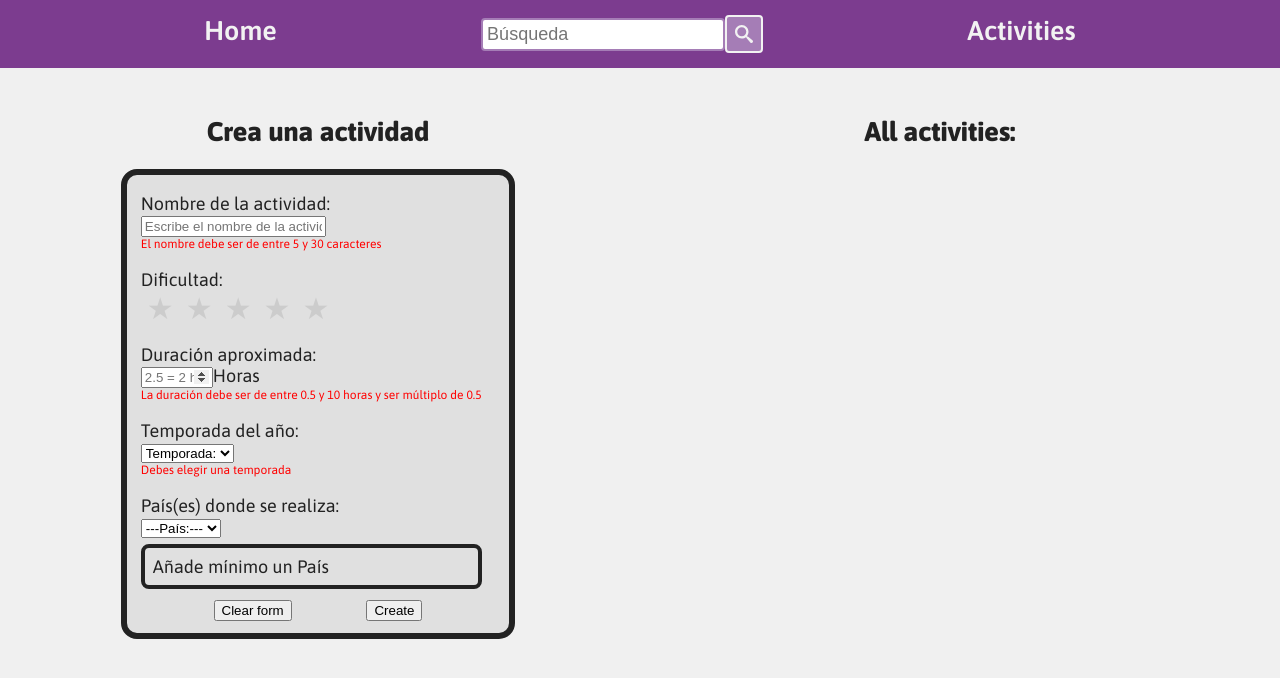
Repository: PCGP22/PI-Countries
Page: /countries/activities (app in cr-pi-countries-main/client/)
An editor plug-in stored every save of this project. The page is shown before and after the next save, followed by the edit.
The browser window is 1280 px wide. The pictures show the whole page.
The page's requests for data from a server got no answer. The project was rebuilt for these pictures with package versions that can differ from the ones it lists, and the page was loaded fresh each time. No one was signed in, and anything a server would have sent is missing. Also part of the build but not shown: cr-pi-countries-main/client/vite.config.js, cr-pi-countries-main/client/src/styles/LandingPage.modules.css, cr-pi-countries-main/client/src/components/LandingPage.jsx, cr-pi-countries-main/client/src/components/Detail.jsx, cr-pi-countries-main/client/src/components/Filter.jsx, cr-pi-countries-main/client/src/styles/HomePage.modules.css, cr-pi-countries-main/client/src/components/HomePage.jsx.

Above is the page before, as saved 2023-08-07 22:03:31.

### cr-pi-countries-main/client/src/main.jsx
import React from 'react'
import ReactDOM from 'react-dom/client'
import App from './App.jsx'
import { BrowserRouter } from 'react-router-dom'
import { Provider } from 'react-redux'
import store from './redux/store.js'

ReactDOM.createRoot(document.getElementById('root')).render(
  <Provider store={store}>
    <BrowserRouter>
      <App />
    </BrowserRouter>
  </Provider>
)

### cr-pi-countries-main/client/src/App.jsx
import {Routes, Route, useNavigate } from "react-router-dom"
import LandingPage from "./components/LandingPage"
import WithNavBar from "./components/WithNavBar"
import Detail from "./components/Detail.jsx"
import ActivityPage from "./components/ActivityPage"
import HomePage from "./components/HomePage.jsx"
import { useEffect } from "react"
import "./styles/App.modules.css"

function App() {

  // const navigate = useNavigate()

  // useEffect(() => {
  //   navigate("/countries/")
  // }, [])



  return (
    <Routes>
      <Route path="/countries/" element={<LandingPage navBar={false}/>}/>
      <Route element={<WithNavBar/>}>
        <Route path="/countries/countries/" element={<HomePage/>}/>
        <Route path="/countries/countries/search" element={<HomePage/>}/>
        <Route path="/countries/countries/:idCountry" element={<Detail/>}/>
        <Route path="/countries/activities" element={<ActivityPage/>}/>
      </Route>
    </Routes>
  )
}

export default App

### cr-pi-countries-main/client/src/redux/store.js
import { createStore, applyMiddleware } from "redux";
import thunkMiddleware from 'redux-thunk'
import { composeWithDevTools } from 'redux-devtools-extension'
import { reducer } from "./reducer.js"

const composedEnhancer = composeWithDevTools(applyMiddleware(thunkMiddleware))

const store = createStore(reducer, composedEnhancer);
export default store;

### cr-pi-countries-main/client/src/components/WithNavBar.jsx
import { Outlet   } from 'react-router-dom'
import NavBar from './NavBar.jsx'

function WithNavBar() {

  return (
    <>
      <NavBar/>
      <Outlet/>
    </>
  )
}

export default WithNavBar

### cr-pi-countries-main/client/src/components/ActivityPage.jsx
import { useEffect, useState } from 'react'
import "./ActividadesPage.css"
import { connect } from "react-redux"
import { activityCreate, addActivities, addCountries } from '../redux/actions';
import "../styles/ActivityPage.modules.css"

const regexNombre = /[\w]{5,}/i;
let countryList = []

const validar = (inputs) =>{

    let errores = {}

    if(!regexNombre.test(inputs.name) || inputs.name.length>30){
        errores.name = "El nombre debe ser de entre 5 y 30 caracteres"
    } else if(regexNombre.test(inputs.name) && inputs.name.length<30){delete errores.name}
    if(inputs.difficulty === 0){ errores.difficulty = "Debes elegir una dificultad"}
    else if(inputs.difficulty !== 0){delete errores.difficulty}
    if(inputs.duration%0.5 !== 0 || inputs.duration < 0.5 || inputs.duration > 10){
        errores.duration = "La duración debe ser de entre 0.5 y 10 horas y ser múltiplo de 0.5"
    } else if (inputs.duration%0.5 === 0 && inputs.duration > 0.5 && inputs.duration < 10){
        delete errores.duration
    }
    if(inputs.season === ""){
        errores.season = "Debes elegir una temporada"
    } else if( inputs.season !== ""){delete errores.season}
    if(inputs.countryId.join("") === "" ){
        errores.countryId = "Debes seleccionar al menos un país"
    } else if( inputs.countryId.length !== 0){delete errores.countryId}

    return errores
}

function ActivityPage(props) {
    const [rating, setRating] = useState(0);
    const initialState = {
        name: "",
        difficulty: 0,
        duration: 0,
        season: "",
        countryId: [],
    }
    const [countryBox, setCountryBox] = useState([])
    const [form, setForm] = useState(initialState)
    const [errores, setErrores] = useState({})

    const ratings = [1,2,3,4,5]
    const [hover, setHover] = useState(0);
    const activities = props.allActivities
    const countries = props.allCountries.sort((a,b)=>{
        if (a.name < b.name) {
          return -1;
        }
        if (a.name > b.name) {
          return 1;
        }
        return 0;
      })

      useEffect(() => {
        setForm({...form, countryId: countryList})
        setErrores(validar({...form, countryId: countryList}))
        console.log(form.countryId)
      }, [countryBox])

    const handleChange = (e) => {
        if(e.target.value !== "ignore"){
            setForm({...form, [e.target.name]: e.target.value})
            setErrores(validar({...form, [e.target.name]: e.target.value}))
        }

    }
    const handleCountryChange = (e) => {
        let [id, name] = e.target.value.split(",")
        setCountryBox([...countryBox, name])
        countryList.push(id)
    }

    const handleReset = () => {
        setForm(initialState)
        setCountryBox([])
        setRating(0)
        setHover(0)
        countryList = []
    }

    const handleSubmit = (e) => {
        e.preventDefault()
        let erroresLength = Object.keys(errores).length;
        if(!erroresLength){
            props.activityCreate(form)
            handleReset()
            e.target.reset()
        } else {
            let errorLog = []
            for(let error in errores){
                errorLog.push(errores[error])
            }
            alert(errorLog.join("\n"))
        }
    }

    const handleClose = (e) => {
        setCountryBox(countryBox.filter(c=> c!== e.target.value))
    }

    useEffect(() => {
        props.addActivities()
        props.addCountries()
    }, [form])

  return (
    <div className='activityPage__container'>
        <aside className='activityPage__aside'>
            <h1>Crea una actividad</h1>
            <form onSubmit={handleSubmit} className='activityPage__form'>
                <fieldset className='activityPage__formSection'>
                    <label htmlFor="name">Nombre de la actividad:</label>
                    <br/>
                    <input type='text' name="name" onChange={handleChange} placeholder='Escribe el nombre de la actividad'/>
                    {errores.name?<p className="form--error no-space">{errores.name}</p>:""}
                </fieldset>
                <fieldset className='activityPage__formSection'>
                    <label htmlFor='difficulty'>Dificultad:</label>
                    <div className='filter__starContainer'>
                        {
                            ratings.map(i => {
                                return(
                                    <button type="button" name="difficulty" className={i <= (hover || rating)? "on star" : "off star"} key={i} index={i}
                                    onClick={() => {setRating(i); setForm({...form, difficulty: i})}}
                                    onMouseEnter={() => setHover(i)}
                                    onMouseLeave={() => setHover(rating)}>★</button>
                                    )

                                })
                            }
                    </div>
                </fieldset>
                <fieldset className='activityPage__formSection'>
                    <label htmlFor="duration">Duración aproximada:</label>
                    <br/>
                    <input type='number' onChange={handleChange} name="duration" placeholder='2.5 = 2 horas y media' min="0.5" max="10" step="0.5"/>
                    <span>Horas</span>
                    {errores.duration?<p className="form--error no-space">{errores.duration}</p>:""}
                </fieldset>
                <fieldset className='activityPage__formSection'>
                    <label htmlFor='season'>Temporada del año:</label>
                    <br/>
                    <select onChange={handleChange} name="season">
                        <option value="ignore" defaultValue={true}>Temporada:</option>
                        <option value="Primavera">Primavera</option>
                        <option value="Verano">Verano</option>
                        <option value="Otoño">Otoño</option>
                        <option value="Invierno">Invierno</option>
                    </select>
                    {errores.season?<p className="form--error no-space">{errores.season}</p>:""}
                </fieldset>
                <fieldset className='activityPage__formSection'>
                    <label htmlFor='countryId'>País(es) donde se realiza:</label>
                    <br/>
                    <select onChange={handleCountryChange} name="countryId">
                        <option defaultValue={true}>---País:---</option>
                        {countries.map(c=>{
                            return(
                                <option key={c.name} value={[c.id,c.name]}>{c.name}</option>
                            )
                        })}
                    </select>
                    <div className='activityPage__countryBox'>
                        {countryBox.length>0 ? countryBox.map(c=>
                            <div key={c} className='activityPage__countryList'>
                                <span>{c}</span>
                                <button type='button' onClick={handleClose} className='activityPage__closeButton' value={c}>x</button>
                            </div>
                        ):
                            <div className='activityPage__countryList'> Añade mínimo un País</div>
                        }
                    </div>
                </fieldset>
                <div className='activityPage__formButtons'>
                    <button onClick={handleReset} type="reset">Clear form</button>
                    <button type='submit' className='submitButton'>Create</button>
                </div>
            </form>
        </aside>
        <main className='activityPage__main'>
            <h2>All activities:</h2>
            <section className='activityContainer'>
                {activities.length > 0 && activities.map(a=>{
                    let ratingActivity = "★".repeat(a.difficulty).split("")
                    return(
                        <div className='activityBox' key={a.id}>
                            <h3>Name: {a.name? a.name: "N/A"}</h3>
                            {ratingActivity.map((r)=>
                                <span key={Math.random()} className='on star_mini'>{r}</span>
                                )}
                            <p>Duration: {a.duration? a.duration : "N/A"} Hrs.</p>
                            <p>Season: {a.season? a.season : "N/A"}</p>
                            <p>Countries: {a.countryId? a.countryId.join(", ") : "N/A"}</p>
                        </div>
                    )
                })}
            </section>
        </main>
    </div>
  )
}


const mapStateToProps =(state) => {
    return{
        allActivities: state.allActivities,
        allCountries: state.allCountries
    }
}

const mapDispatchToProps = (dispatch) => {
    return{
        activityCreate: (activity) => {dispatch(activityCreate(activity))},
        addActivities: () => {dispatch(addActivities())},
        addCountries: ()=>{dispatch(addCountries())},

    }
}

export default connect(mapStateToProps,mapDispatchToProps)(ActivityPage)

### cr-pi-countries-main/client/src/styles/App.modules.css
@import url('https://fonts.googleapis.com/css2?family=Asap:wght@400;600;800&display=swap');

:root{
    --black: #222;
    --dark-purple: #7c3c8f;
    --purple: #a57db6;
    --dark-grey: #e0e0e0;
    --white: #f2f2f2;
    --light-grey: #f0f0f0;

    font-family: 'Asap', sans-serif;
    font-size: 18px;
    color: var(--black);
    background-color: var(--light-grey);


}
a{
    text-decoration: none;
    font-family: inherit;
    color: inherit;
    text-align: center;
}

a.button{
    color: var(--black);
    background-color: var(--light-grey);
    display: inline-block;
    width: fit-content;
}

body{
    padding:0;
    margin: 0;
}

.title-text{
    font-weight: 800;
    font-size: 4em;
}

.big-text{
    font-weight: 600;
    font-size: 1.5em;
}

.normal-text{
    font-weight: 400;
}

.white-text{
    color: var(--white);
}
.button{
    background-color: var(--light-grey);
}

.dark-purple{
    background: var(--dark-purple);
}

.purple{
    background: var(--purple);
}

.soft-grey{
    background-color: var(--light-grey);
}

.dark-grey{
    background-color: var(--dark-grey);
}

.no-space{
    margin: 0;
    padding: 0;
}

### cr-pi-countries-main/client/src/components/NavBar.jsx
import { Link } from 'react-router-dom'
import SearchBar from './SearchBar'
import { useLocation } from 'react-router-dom'
import "../styles/NavBar.modules.css"

function NavBar() {

  const location = useLocation();
  return (
      <div className='navBar__Container dark-purple white-text'>
        <Link to="/countries/countries/" className={location.pathname.toString() === "/countries/countries/"? 'navBar__link link_active big-text': 'navBar__link big-text'}>Home</Link>
        <SearchBar/>
        <Link to="/countries/activities/" className={location.pathname.toString() === "/countries/activities/"? 'navBar__link link_active big-text': 'navBar__link big-text'}>Activities</Link>
      </div>
  )
}

export default NavBar

### cr-pi-countries-main/client/src/redux/actions.js
export const ADD_COUNTRIES = "ADD_COUNTRIES"
export const ID_SEARCH = "ID_SEARCH"
export const NAME_SEARCH = "NAME_SEARCH"
export const FILTER = "FILTER"
export const ORDER = "ORDER"
export const ACTIVITY_CREATE = "ACTIVITY_CREATE"
export const ADD_ACTIVITIES = "ADD_ACTIVITIES"
import axios from "axios"

export const addCountries = () => {
    const endpoint = 'http://localhost:5000/countries/'
    return async (dispatch) => {
        try{
            const {data} = await axios.get(endpoint);
            return dispatch({
                type: ADD_COUNTRIES,
                payload: data
            })
        }
        catch(error){
            console.log(error.message)
        }
}}

export const addActivities = () => {
    const endpoint = 'http://localhost:5000/countries/activities'
    return async (dispatch) =>{
        try{
            const {data} = await axios.get(endpoint);
            return dispatch({
                type: ADD_ACTIVITIES,
                payload: data
            })
        }
        catch(error){
            console.log(error.message)
        }
    }
}

export const idSearch = (idCountry) => {
    const endpoint = `http://localhost:5000/countries/countries/${idCountry}`
    return async (dispatch) => {
    try{
        const {data} = await axios(endpoint)
        if(typeof data === "error"){console.log("error")}
        return dispatch({
            type: ID_SEARCH,
            payload: data[0]
        })
    }
    catch(error){
        console.log(error)
    }
}
}

export const nameSearch = (name) => {
    const endpoint = `http://localhost:5000/countries/countries/search?name=${name}`
    return async (dispatch) => {
        try{
            const {data} = await axios(endpoint)
            return dispatch({
                type: NAME_SEARCH,
                payload: data
            })
        }
        catch(error){
            console.log(error.message)
            return dispatch({
                type: NAME_SEARCH,
                payload: "error"
            })
        }
    }
}

export const filter = (filterdata) => {return {
    type: FILTER,
    payload: filterdata
}}

export const order = (orderdata) => {return{
    type: ORDER,
    payload: orderdata
}}

export const activityCreate = (activity) => {
    const endpoint = 'http://localhost:5000/countries/activities/'
    return async (dispatch) => {
        try{
            const {data} = await axios.post(endpoint,activity);
            return dispatch({
                type: ACTIVITY_CREATE,
                payload: data
            })
        }
        catch(error){
            console.log(error.message)
        }
    }
}

### cr-pi-countries-main/client/src/styles/Detail.modules.css
.detail__container{
    padding:2%;
    display:grid;
    gap:15px;
    grid-template-areas: "main aside aside";
}
.detail__aside{
    grid-area: aside;
    display: flex;
    flex-direction: column;
    align-items: center;
    flex-wrap: wrap;
}
.detail__img{
    width: 100%;
}
.detail__info{
    border: 6px var(--black) solid;
    border-radius: 16px;
    background-color: var(--dark-grey);
    padding: 2%;
}

.activityPage__main{
    grid-area: main;
    width: clamp(100px,200px,300px);
    display: flex;
    flex-direction: column;
    align-items: center;
}

@media(max-width: 40em){
    .detail__container{
        font-size: 0.8em;
        grid-template-areas: "main" "aside";
    }
}

### cr-pi-countries-main/client/src/components/ActividadesPage.css
.star{
    font-size: 30px;
    background-color: transparent;
    border: none;
    outline: none;
    cursor: pointer;
}
.on {
    color: #efde23;
}
.off {
    color: #ccc;
}
input[type=number]::-webkit-inner-spin-button {
    opacity: 1
}
.form--error{
    color:red;
    font-size: 12px;
}

### cr-pi-countries-main/client/src/styles/ActivityPage.modules.css
.activityPage__container{
    padding:2%;
    display:grid;
    gap:15px;
    grid-template-areas: "aside main main";
}
.activityPage__aside{
    grid-area: aside;
    display: flex;
    flex-direction: column;
    align-items: center;
    flex-wrap: wrap;
}

.activityPage__form{
    border: 6px var(--black) solid;
    border-radius: 16px;
    background-color: var(--dark-grey);
    padding: 2%;
}

.activityPage__countryBox{
    border: 4px var(--black) solid;
    border-radius: 8px;
    padding:8px;
    display:flex;
    flex-wrap: wrap;
    flex-direction: column;
    gap: 6px;
    margin-top: 6px;
}
.activityPage__countryList{
    display: flex;
    justify-content: space-between;
}

.activityPage__formSection{
    border:none;
    padding-left:0;
}

.activityPage__closeButton{
    border: 2px var(--black) solid;
    background-color: red;
    color:var(--white);
    padding: 2px 6px;
    border-radius: 6px;
    display: grid;
    place-content: center;
}

.activityPage__formButtons{
    display: flex;
    justify-content: space-evenly;
}
.activityPage__main{
    grid-area: main;
    width: 100%;
    display: flex;
    flex-direction: column;
    align-items: center;
}

.activityBox{
    border: 4px var(--black) solid;
    border-radius: 8px;
    background-color: white;
    overflow: hidden;
    padding: 8px;
}

.activityContainer{
    width: 100%;
    display: grid;
    grid-template-columns: repeat(auto-fill, minmax(200px,1fr));
    gap:10px;
}

@media(max-width: 41em){
    select > option, select{
        width: 250px;
    }
    .activityPage__container{
        font-size: 0.8em;
        grid-template-areas: "aside" "main";
    }
}

### cr-pi-countries-main/client/src/components/SearchBar.jsx
import React, { useEffect, useState } from 'react'
import { connect } from 'react-redux'
import { ImSearch } from "react-icons/im";
import { nameSearch } from '../redux/actions';
import { Link } from 'react-router-dom';
import "../styles/SearchBar.modules.css"


function SearchBar(props) {

  const [name, setName] = useState()

  const handleChange = (e) => {
    setName(e.target.value)
  }

  let aux = ""
  const handleClick = async() => {
     aux = await props.nameSearch(name.toString().trim())
     setName("")
  }

  const handleKeyDown = async(e) => {
    if(e.keyCode === 13) { //Detect enter
      aux = await props.nameSearch(name.toString().trim())
      setName("")
    }
  }

  return (
    <div className='searchBar__container normal-text'>
        <input type='text' placeholder='Búsqueda' onChange={handleChange} onKeyDown={handleKeyDown} className='searchBar__input' value={name}/>
        <Link to={`/countries/countries/search?name=${name}`} className='searchBar__button'>
          <ImSearch onClick={handleClick}/>
        </Link>
    </div>
  )
}

const mapDispatchToProps = (dispatch) => {
  return{
    nameSearch: (name) => {dispatch(nameSearch(name))}
  }
}

export default connect(null,mapDispatchToProps)(SearchBar)

### cr-pi-countries-main/client/src/styles/NavBar.modules.css
.navBar__Container{
    padding: 15px 0;
    display: flex;
    justify-content: space-evenly;
}

.link_active{
    text-decoration: underline;
    text-decoration-thickness: 4px;
    text-underline-offset: 8px;
}

@media(max-width: 33em) {
    .navBar__Container>a{
        font-size: 1.2em;
    }
}

### cr-pi-countries-main/client/src/styles/Filter.modules.css
.filters__container{
    padding: 10px 0;
    display: flex;
    justify-content: space-evenly;
    flex-wrap: wrap;
    font-weight: 600;
}

.label{
    padding-right: 10px;
}
select:hover{
    background-color: var(--purple);
    color: var(--white);
}

@media (max-width:25em){
    .label{
        display: none;
    }
}

### cr-pi-countries-main/client/src/styles/SearchBar.modules.css
.searchBar__container{
    display: flex;
    align-items: center;
}

.searchBar__input{
    font-size: 1em;
    border:2px var(--purple) solid;
    border-radius: 4px;
    padding: 4px;
}

.searchBar__button{
    background-color: var(--purple);
    font-size: 1em;
    display: grid;
    place-items: center;
    padding: 8px;
    border-radius: 4px;
    border: 2px var(--white) solid;
}

.searchBar__button:hover{
    background-color:var(--dark-purple);
}

.searchBar__button:active{
    background-color:var(--black);
}

@media(max-width: 33em) {
    .searchBar__input{
        width: 100px;
    }
}

Loaded but not shown: cr-pi-countries-main/client/index.html (common file); cr-pi-countries-main/client/src/redux/reducer.js (127 lines, source omitted)

After the next save:
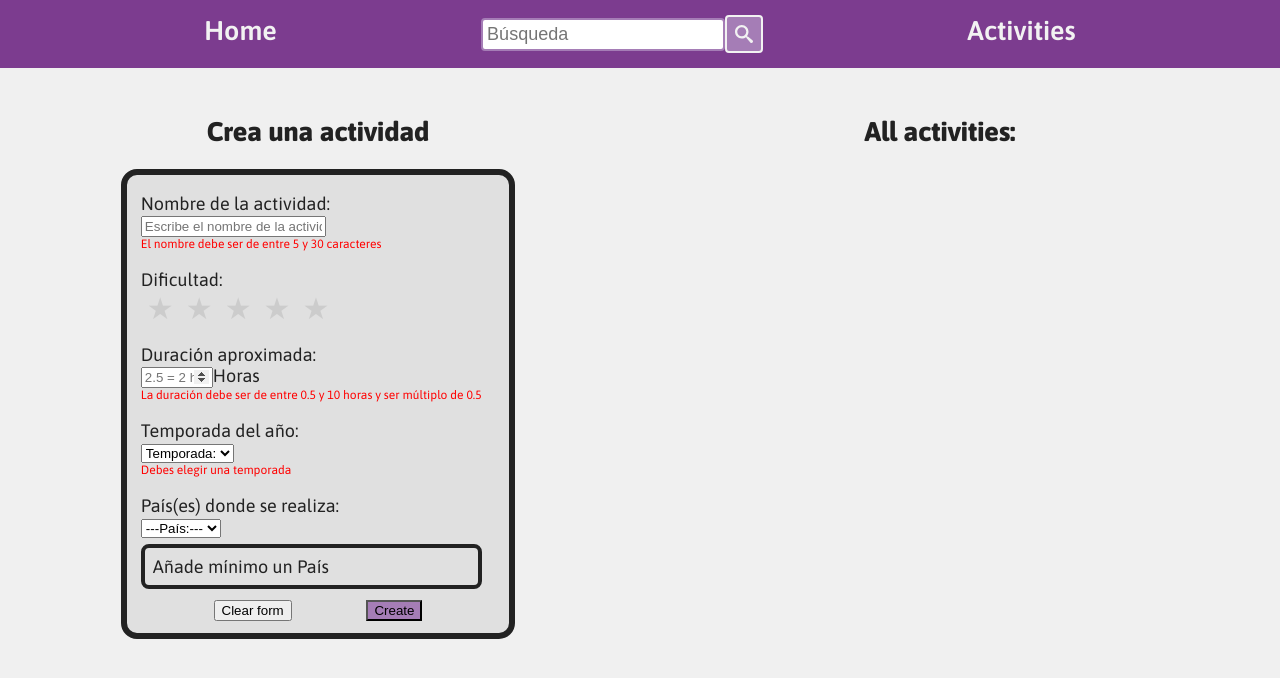
Saved 24 s later.
--- a/cr-pi-countries-main/client/src/styles/ActivityPage.modules.css
+++ b/cr-pi-countries-main/client/src/styles/ActivityPage.modules.css
@@ -53,6 +53,11 @@
     display: flex;
     justify-content: space-evenly;
 }
+
+.submitButton{
+    background-color: var(--purple);
+}
+
 .activityPage__main{
     grid-area: main;
     width: 100%;
